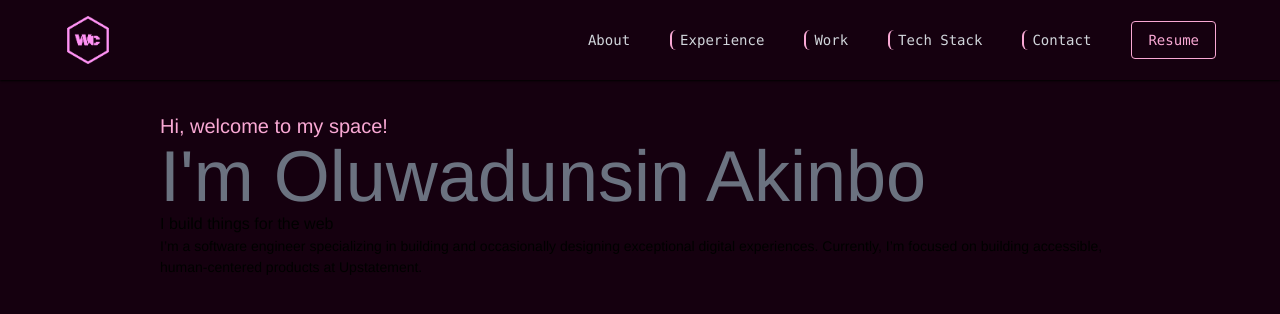
Repository: EmmyDunny1/myPortfolio
Page: / (app in MyPortfolio/)
The author's editor kept a copy of each file at every save. The page is drawn from the files as they stood at one save, then again after the next save.
The browser window is 1280 px wide. The pictures show the whole page.
The project was rebuilt for these pictures with package versions that can differ from the ones it lists, and the page was loaded fresh each time. Also part of the build but not shown: MyPortfolio/vite.config.js.

Above is the page before, as saved 2025-01-13 10:43:00.

### MyPortfolio/index.html
<!doctype html>
<html lang="en">
  <head>
    <meta charset="UTF-8" />
    <link rel="icon" type="image/svg+xml" href="/vite.svg" />
    <meta name="viewport" content="width=device-width, initial-scale=1.0" />
    <title>My Portfolio Website</title>
  </head>
  <body>
    <div id="root"></div>
    <script type="module" src="/src/main.jsx"></script>
  </body>
</html>

### MyPortfolio/src/index.css
@tailwind base;
@tailwind components;
@tailwind utilities;


body{

    max-width: 90rem;
  /* margin-left: 2rem;
  margin-right: 2rem; */
  background:   rgb(21, 0, 15);
  font-family: "Helvetica Neue";
  }

  img {
    width: 12rem;
    height: 7rem;
  }

  p{ font-size: 14px

  }

### MyPortfolio/src/App.jsx
import React from 'react'
import Navbar from './components/Navbar'
import HeroSection from './components/HeroSection'
const App = () => {
  return (
    <div>
    <div className=''> <Navbar/> </div>
    <div className='mt-[7rem]'><HeroSection/> </div>

    </div>
  )
}

export default App

### MyPortfolio/src/components/Navbar.jsx
import React from 'react'
import WEBCANIC from '../assets/WEBCANIC.png'

const Navbar = () => {
  return (
    <nav className="fixed top-0 left-0 w-full bg-dark-navy shadow-sm  shadow-black text-gray-300 z-10">
    <div className=" flex items-center justify-between py-4 mx-[4rem]">
      <div className="flex items-center">

          <img src={WEBCANIC} className='h-[3rem] w-[3rem]' alt="" />

      </div>
      <div className="flex items-center space-x-8 ">
        <a
          href="#about"
          className="hover:text-green text-sm font-mono  border-solid border-pink-300 rounded-md px-2 ">
          <div>  </div>  About
        </a>
        <a
          href="#experience"
          className="hover:text-green text-sm font-mono border-l-2 border-solid border-pink-300 rounded-md px-2">
           Experience
        </a>
        <a
          href="#work"
          className="hover:text-green text-sm font-mono border-l-2 border-solid border-pink-300 rounded-md px-2">
           Work
        </a>
        <a
          href="#work"
          className="hover:text-green text-sm font-mono border-l-2 border-solid border-pink-300 rounded-md px-2">
           Tech Stack
        </a>
        <a
          href="#contact"
          className="hover:text-green text-sm font-mono border-l-2 border-solid border-pink-300 rounded-md px-2">
           Contact
        </a>
        <a
          href="/resume.pdf"
          download
          className="border border-green text-pink-300 px-4 py-2 rounded text-sm font-mono hover:bg-green hover:text-dark-navy hover:shadow-sm hover:shadow-gray-300 hover:border-gray-300 hover:text-gray-300 transition border-pink-300">
          Resume
        </a>
      </div>
    </div>
  </nav>
  )
}

export default Navbar

### MyPortfolio/src/components/HeroSection.jsx
import React from 'react'

const HeroSection = () => {
  return (
    <div className='block mx-[10rem] '>

      <div className=''>
        <span className='text-pink-300 text-xl'>Hi, welcome to my space!</span>
        <h1 className='text-7xl text-gray-500 '>I'm Oluwadunsin Akinbo</h1>
        <h2>I build things for the web</h2>

        <p>I’m a software engineer specializing in building and occasionally designing exceptional digital experiences. Currently, I’m focused on building accessible, human-centered products at Upstatement.</p>


      </div>

    </div>
  )
}

export default HeroSection

Loaded but not shown: MyPortfolio/src/main.jsx (common file); MyPortfolio/tailwind.config.js (common file)

After the next save:
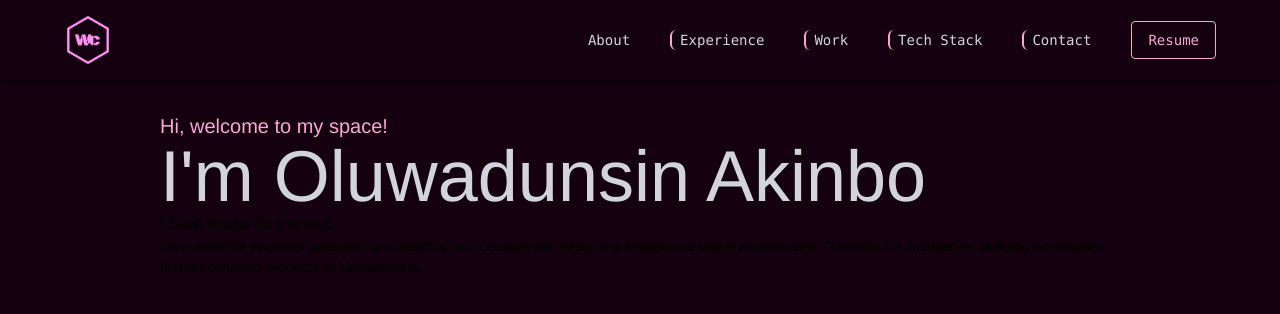
Saved 9 s later.
--- a/MyPortfolio/src/components/HeroSection.jsx
+++ b/MyPortfolio/src/components/HeroSection.jsx
@@ -6,7 +6,7 @@
 
       <div className=''>
         <span className='text-pink-300 text-xl'>Hi, welcome to my space!</span>
-        <h1 className='text-7xl text-gray-500 '>I'm Oluwadunsin Akinbo</h1>
+        <h1 className='text-7xl text-gray-300 '>I'm Oluwadunsin Akinbo</h1>
         <h2>I build things for the web</h2>
 
         <p>I’m a software engineer specializing in building and occasionally designing exceptional digital experiences. Currently, I’m focused on building accessible, human-centered products at Upstatement.</p>
